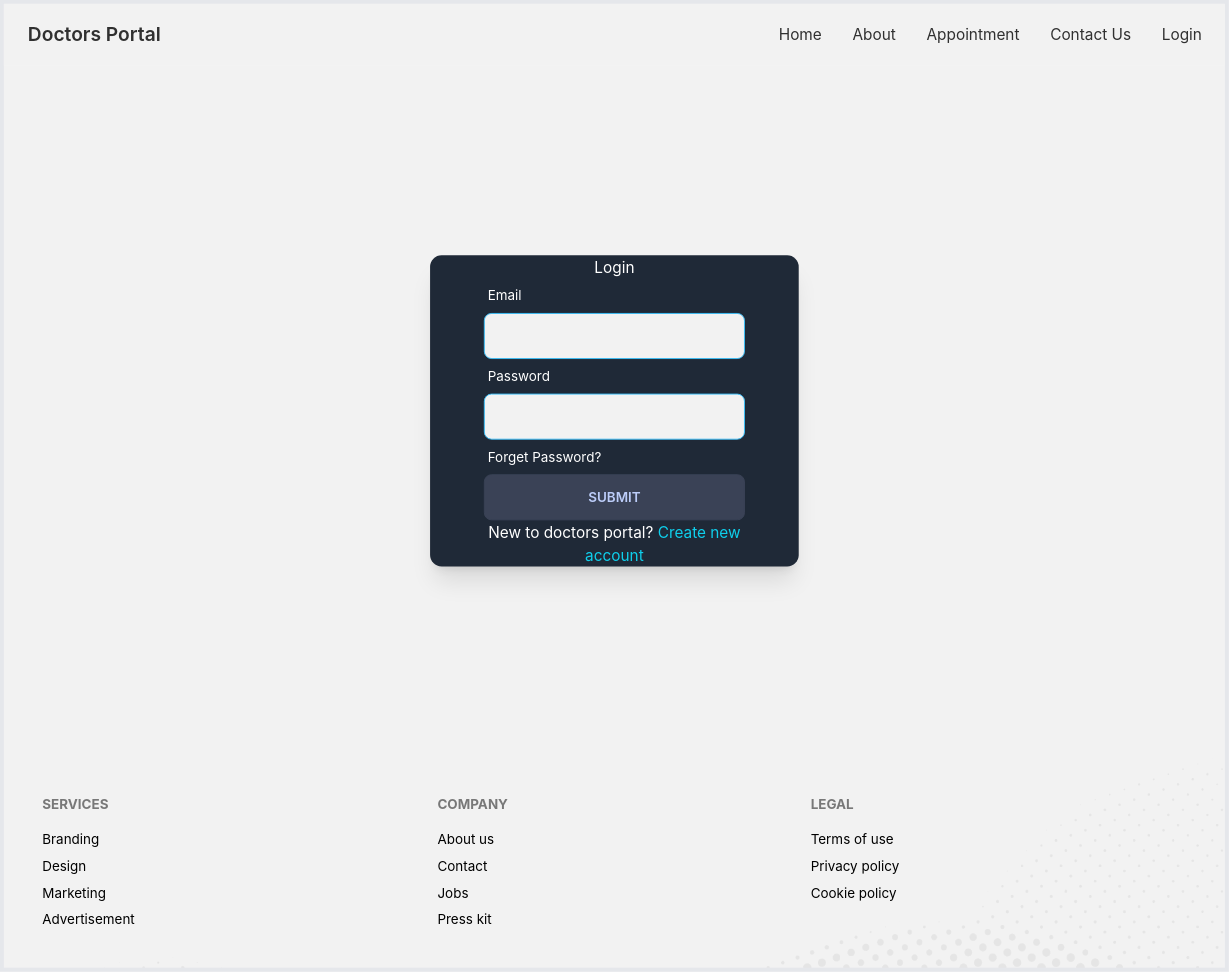
Repository: Samad77/Doctorportal-Client
Page: /login
These files come from the project's save history. The page is drawn as it stood at one moment and after the next save; the edit follows.
The browser window is 1280 px wide. The pictures show the whole page, at 96% of full size.
The project was rebuilt for these pictures with package versions that can differ from the ones it lists, and the page was loaded fresh each time. Also part of the build but not shown: src/Pages/Appointment/BookingModal/BookingModal.js, src/Pages/Appointment/AppoinmentCard/AppoinmentCard.js, src/Pages/Appointment/AppointmentBanner/AppointmentBanner.js, src/Pages/Appointment/AvailavleAppoinment/AvailableAppoinment.js, src/Pages/Appointment/Appoinment/Appoinment.js, src/Components/PrimaryButton/PrimaryButton.js, src/Pages/Home/Banner/Banner.js, src/Pages/Home/Cards/Cards.js and 6 more.

Above is the page before, as saved 2022-11-16 10:21:20.

### src/index.js
import React from 'react';
import ReactDOM from 'react-dom/client';
import './index.css';
import App from './App';
import reportWebVitals from './reportWebVitals';
import 'react-day-picker/dist/style.css';
const root = ReactDOM.createRoot(document.getElementById('root'));
root.render(
  <React.StrictMode>
    <App />
  </React.StrictMode>
);

// If you want to start measuring performance in your app, pass a function
// to log results (for example: reportWebVitals(console.log))
// or send to an analytics endpoint. Learn more: https://bit.ly/CRA-vitals
reportWebVitals();

### src/App.js
import logo from './logo.svg';
import './App.css';
import {RouterProvider} from 'react-router-dom'
import router from './Layout/Routes/Routes';
import Cards from './Pages/Home/Cards/Cards';
function App() {
  return (
    <div className="App max-w-[1440px] mx-auto border-4">
      <RouterProvider router={router}>

      </RouterProvider>
    </div>
  );
}

export default App;

### src/Layout/Routes/Routes.js
import { createBrowserRouter } from "react-router-dom";
import Appoinment from "../../Pages/Appointment/Appoinment/Appoinment";
import Home from "../../Pages/Home/Home";
import Login from "../../Pages/Login/Login";
import SignUp from "../../Pages/SignUp/SignUp";
import Main from "../Main/Main";

const router = createBrowserRouter([
    {path : "/",
    element : <Main></Main>,
    children : [
        {path : '/', element : <Home></Home>,},
        {path: '/home', element : <Home></Home>},
        {path: '/login', element : <Login></Login>},
        {path : '/appointment', element: <Appoinment></Appoinment>},
        {path : '/signup', element: <SignUp></SignUp>},

    ]
    }
])

export default router;

### src/Pages/Login/Login.js
import React, { useState } from 'react';
import { useForm } from 'react-hook-form';
import {Link} from 'react-router-dom'
const Login = () => {
    const { register, handleSubmit } = useForm();
    const [data, setData] = useState("");

    return (
        <section className='h-screen flex justify-center items-center  '>

            <form onSubmit={handleSubmit((data) => setData(JSON.stringify(data)))} className=" rounded-xl shadow-xl bg-gray-800 text-white w-96 px-14">
                <h1 className=''>Login</h1>
                <div className="form-control">
                    <label className="label ">
                        <span className="label-text text-white">Email</span>
                    </label>
                    <input type="text" {...register("Email")} className="input input-bordered- w-full max-w-xs input-info " />
                </div>

                <div className="form-control">
                    <label className="label">
                        <span className="label-text text-white">Password</span>
                    </label>
                    <input type="text" {...register("password")} className="input input-bordered- w-full max-w-xs input-info " />
                </div>

                <label className="label">
                    <span className="label-text text-white">Forget Password?</span>
                </label>

                <input type="submit" className='btn w-full' />

                <p>New to doctors portal? <Link to='/signup' className='text-primary'>Create new account</Link></p>
                <p>{data}</p>

            </form>
        </section>
    );
};

export default Login;

### src/Layout/Main/Main.js
import React from 'react';
import Footer from '../../Pages/Shared/Footer/Footer';
import Navbar from '../../Pages/Shared/Navbar/Navbar';
import {Outlet} from 'react-router-dom'
const Main = () => {
    return (
        <div>
            <Navbar></Navbar>
                <Outlet></Outlet>
            <Footer></Footer>
        </div>
    );
};

export default Main;

### src/Pages/Shared/Footer/Footer.js
import React from 'react';
import footerImg from '../../../assets/images/footer.png'
const Footer = () => {
    return (
        <footer className="footer p-10 text-black" style={{background : `url(${footerImg})`, backgroundSize: "cover"}}>
  <div>
    <span className="footer-title">Services</span>
    <a className="link link-hover">Branding</a>
    <a className="link link-hover">Design</a>
    <a className="link link-hover">Marketing</a>
    <a className="link link-hover">Advertisement</a>
  </div>
  <div>
    <span className="footer-title">Company</span>
    <a className="link link-hover">About us</a>
    <a className="link link-hover">Contact</a>
    <a className="link link-hover">Jobs</a>
    <a className="link link-hover">Press kit</a>
  </div>
  <div>
    <span className="footer-title">Legal</span>
    <a className="link link-hover">Terms of use</a>
    <a className="link link-hover">Privacy policy</a>
    <a className="link link-hover">Cookie policy</a>
  </div>
</footer>
    );
};

export default Footer;

### src/Pages/Shared/Navbar/Navbar.js
import React from 'react';
import {Link} from 'react-router-dom'
const Navbar = () => {

    const menuItems =

    <React.Fragment>
        <li><Link to="/home">Home</Link></li>
        <li><Link to="/about">About</Link></li>
        <li><Link to="/appointment">Appointment</Link></li>
        <li><Link to="/contact">Contact Us</Link></li>
        <li><Link to="/login">Login</Link></li>
    </React.Fragment>

    return (
        <div className="navbar bg-base-100 flex justify-between">
  <div className="navbar-start">
    <div className="dropdown">
      <label tabIndex={0} className="btn btn-ghost lg:hidden">
        <svg xmlns="http://www.w3.org/2000/svg" className="h-5 w-5" fill="none" viewBox="0 0 24 24" stroke="currentColor"><path strokeLinecap="round" strokeLinejoin="round" strokeWidth="2" d="M4 6h16M4 12h8m-8 6h16" /></svg>
      </label>
      <ul tabIndex={0} className="menu menu-compact dropdown-content mt-3 p-2 shadow rounded-box w-52">
            {menuItems}
      </ul>
    </div>
    <Link to='/' className="btn btn-ghost normal-case text-xl">Doctors Portal</Link>
  </div>
  <div className="navbar-center hidden lg:flex">
    <ul className="menu menu-horizontal p-0">
        {menuItems}
    </ul>
  </div>

</div>
    );
};

export default Navbar;

### tailwind.config.js
/** @type {import('tailwindcss').Config} */
module.exports = {
  content: ["./src/**/*.{js,jsx,ts,tsx}"],
  theme: {
    extend: {},
  },
  daisyui : {
    themes : [

    {
      doctorThemes: {

primary: "#0FCFEC",

secondary: "#19D3AE",

neutral: "#3A4256",

"base-100": "#F2F2F2",

      },
    },
  ]
  },
  plugins: [require("daisyui")],
}

Loaded but not shown: public/index.html (common file); src/index.css (common file); src/reportWebVitals.js (common file); src/App.css (common file)

After the next save:
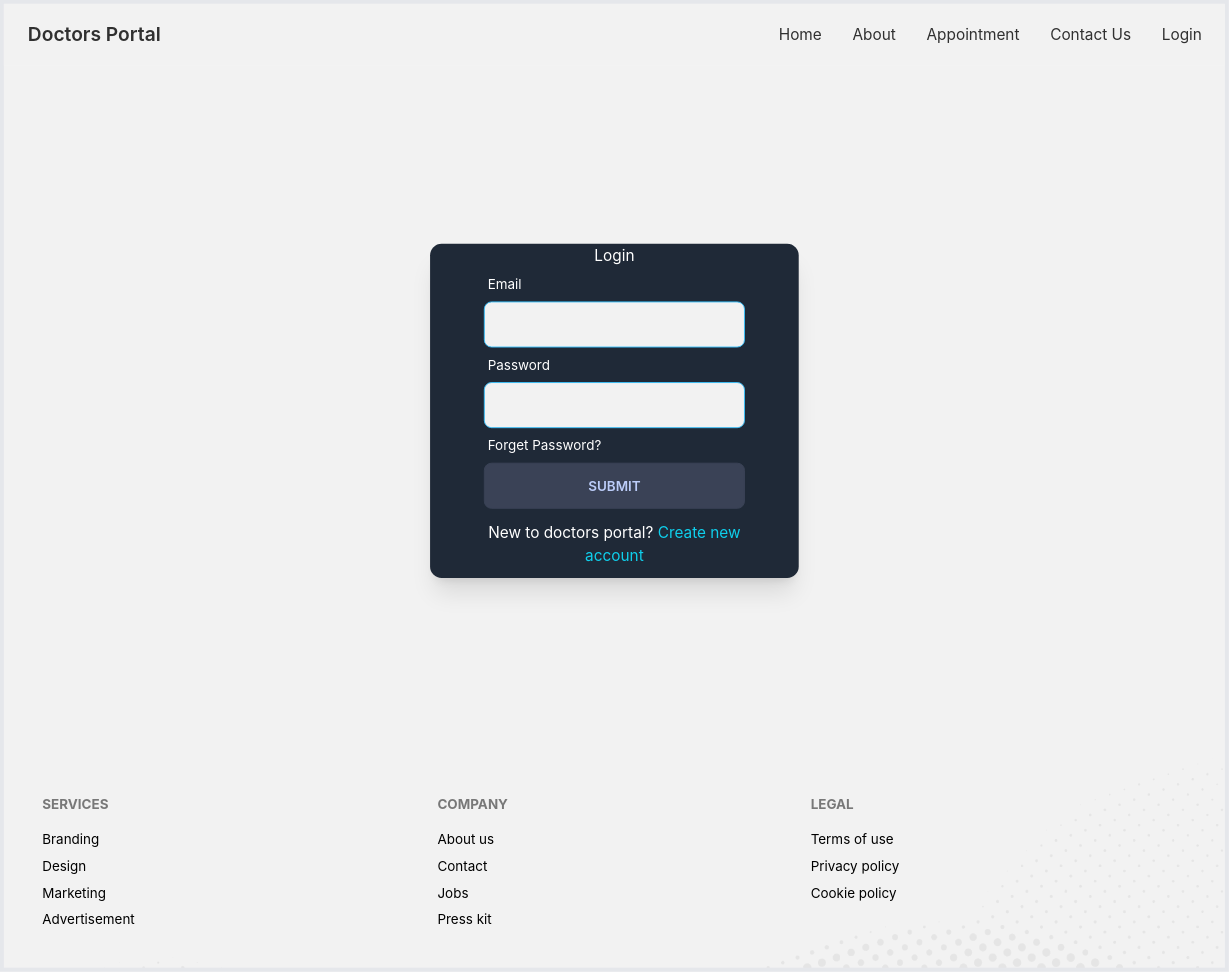
Saved 6 s later.
--- a/src/Pages/Login/Login.js
+++ b/src/Pages/Login/Login.js
@@ -30,7 +30,7 @@ const Login = () => {
 
                 <input type="submit" className='btn w-full' />
 
-                <p>New to doctors portal? <Link to='/signup' className='text-primary'>Create new account</Link></p>
+                <p className='my-3'>New to doctors portal? <Link to='/signup' className='text-primary'>Create new account</Link></p>
                 <p>{data}</p>
 
             </form>
